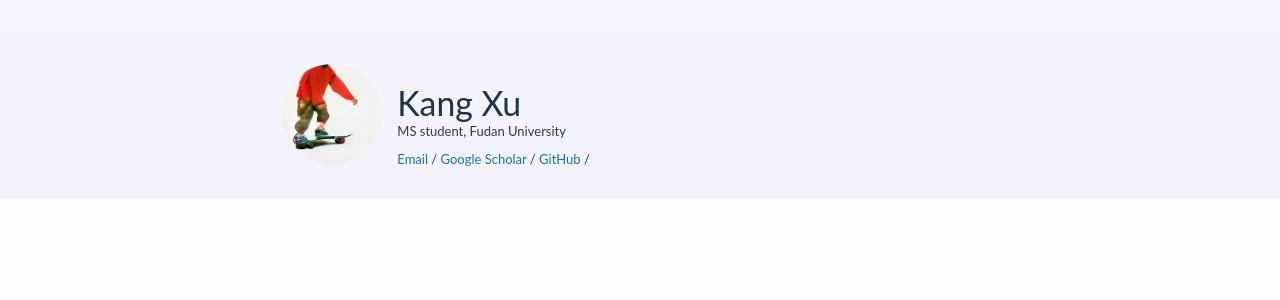
Repository: Kavka1/kang-xu.github.io
Page: index.html
These files come from the project's save history. The page is drawn as it stood at one moment and after the next save; the edit follows.
The browser window is 1280 px wide. The pictures show the whole page.

Above is the page before, as saved 2023-05-19 11:00:35.

### index.html
<head>
    <title>Kang Xu</title>
    <meta property="og:title" content="Kang Xu">
	<meta property="og:description" content="MS student, Fudan University">
    <meta property="og:image" content="https://kang-xu.github.io/files/lichter.jpeg">
	<meta property="og:url" content="https://kang-xu.github.io/">
	<meta name="twitter:card" content="summary_large_image">
    <link rel="apple-touch-icon" sizes="180x180" href="files/apple-touch-icon.png">
    <link rel="icon" type="image/png" sizes="32x32" href="files/favicon-32x32.png">
    <link rel="icon" type="image/png" sizes="16x16" href="files/favicon-16x16.png">
    <link rel="manifest" href="files/site.webmanifest">
    <link rel="stylesheet" href="style.css">
    <style>
        .post-title {font-size: 2em; margin-bottom: 16px;}
        .center-img {display: block; margin: auto;}
        .img-border {border: 1px solid #999;}
        div.codeblock {display: block; margin: auto; margin-top: 6px; margin-bottom: 6px; width: 100%; background-color: #f1f1f1; padding: 12px;}
        code {font-family: Consolas,"courier new"; color: rgb(41, 45, 62); background-color: #f1f1f1; padding: 2px; font-size: 105%;}
        code .comment {color: #719141;}
        code .gray {color: rgb(146, 147, 150);}
        .bullets li {margin-bottom: 12px;}
    </style>
</head>

<div class="header noselect">
    <div class="content row">
        <div class="header-profile-picture"></div>
        <div class="header-text">
            <div class="header-name">
                <h1>Kang Xu</h1>
            </div>
            <div class="header-subtitle">
                MS student, Fudan University
            </div>
            <div class="header-links">
                <a class="btn" href="#contact">Email</a> /
                <a class="btn" href="https://scholar.google.com/citations?user=7FTLsHUAAAAJ&hl=zh-CN">Google Scholar</a> /
                <a class="btn" href="https://github.com/Kavka1">GitHub</a> /
                <!-- <a class="btn" href="https://twitter.com/ncklashansen">Twitter</a> / -->
                <!-- <a class="btn" href="https://www.linkedin.com/in/ncklas">LinkedIn</a> / -->
                <!-- <a class="btn" href="files/cv.pdf">CV</a> -->
            </div>
        </div>
    </div>
</div>

### style.css
html {-webkit-text-size-adjust: 100%; -moz-text-size-adjust: 100%; -ms-text-size-adjust: 100%;}
body {background-color: #fdfdfd; color: #2c3c4c; margin: 0; font-size: 13px;}
h1 {margin-bottom: 32px; font-size: 2.6em;}
h2 {margin-top: 48px;}
h1, h2 {color: #234;}
h3, h4, h5 {color: #345;}
h1, h2, h3, h4, h5, a, p, span, body, div {font-weight: normal; font-family: 'Lato', Verdana, Helvetica, sans-serif;}
.header {background: linear-gradient(to bottom, #f5f5fd 10%, #f1f1f9 90%); width: 100%; padding-top: 16px; padding-bottom: 32px;}
.header-profile-picture, .header-text {display: inline-block;}
.header-name h1 {margin: 0;}
.header-subtitle {margin-bottom: 12px;}
.header-profile-picture {width: 100px; height: 100px; margin-right: 12px; border-radius: 50%; background-image: url(files/lichter.jpeg); background-position: center; background-size: contain;}
.content {max-width: 748px; padding-left: 16px; padding-right: 16px; margin: auto; margin-top: 48px;}
.hr {width: 100%; height: 1px; margin: 48px 0; background-color: #d6dbdf;}
a {color: #2471a3; text-decoration: none;}
a:focus, a:hover {color: #f09228;}
p {line-height: 1.5em;}
.nobreak {white-space: nowrap;}
.noselect {-webkit-touch-callout: none; -webkit-user-select: none; -khtml-user-select: none; -moz-user-select: none; -ms-user-select: none; user-select: none;}
.bold {font-weight: bold;}
.italic {font-style: italic;}
.bulletpoints {line-height: 1.5em;}
.row {box-sizing: border-box;}
.row-media {display: block; float: left; width: 160px; height: 90px; background-position: center; background-size: contain; background-repeat: no-repeat;}
.row-text {display: block; float: left; margin-left: 12px; line-height: 1.5em; max-width: 566px;}
.row-text span {line-height: inherit;}
.clearfix {content: ""; clear: both; display: table;}
.publication {margin-bottom: 32px; padding-left: 8px;}
.publication.highlight {background-color: #fff8df; width: 100%; padding-top: 8px; padding-bottom: 8px; border-radius: 4px;}
.press {width: 100px; height: 80px; border: 1px solid #def; margin-right: 12px; background-size: cover;}
.img-contain {background-size: contain !important;}
.footer {background-color: #345; width: 100%}
.footer-content {color: #fff; font-size: 10px; padding: 6px 0; max-width: 748px; margin: auto;}
.footer-content a {color: #fff; text-decoration: underline;}
.footer-content a:hover {color: #f09228 !important;}
.stars {font-size: 10px; display: inline-block; margin-left: 6px; color: #666;}

@media only screen and (max-width: 1150px) {
    .header-profile-picture, .header-text {display: block; margin: auto; text-align: center;}
    .header-profile-picture {margin-bottom: 12px; width: 140px; height: 140px;}
    body {font-size: 18px;}
    a.btn {font-size: 14px; padding: 2px 6px;}
}

@media only screen and (max-width: 1000px) {
    .publication {margin-bottom: 46px;}
    .publication .row-media {width: 260px; height: 130px; margin: auto; margin-bottom: 12px; display: block;}
    .publication .row-text {display: block; width: 100%; margin-left: 0;}
    .press {display: block;}
}

After the next save:
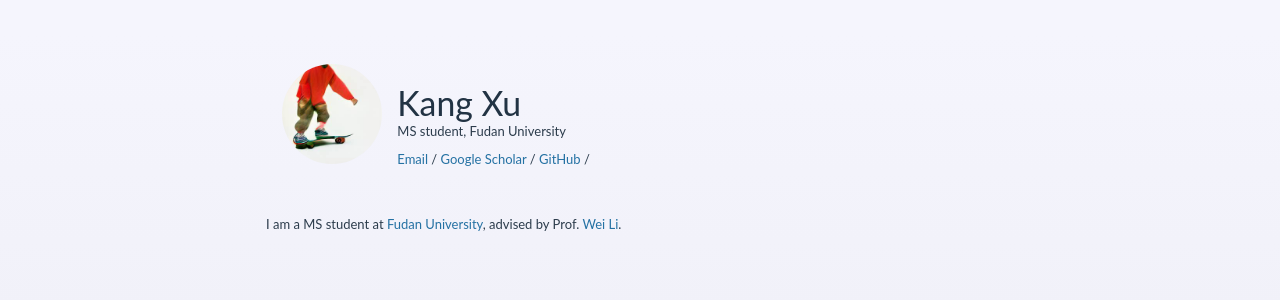
Saved 18 min 0 s later.
--- a/index.html
+++ b/index.html
@@ -42,4 +42,11 @@
             </div>
         </div>
     </div>
+    <div class="content" style="padding-bottom: 64px;">
+        <div>
+            <p>
+                I am a MS student at <a href="https://www.fudan.edu.cn/en/">Fudan University</a>, advised by Prof. <a href="https://scholar.google.co.uk/citations?user=AG3OXS0AAAAJ&hl=en">Wei Li</a>.
+            </p>
+        </div>
+    </div>
 </div>
